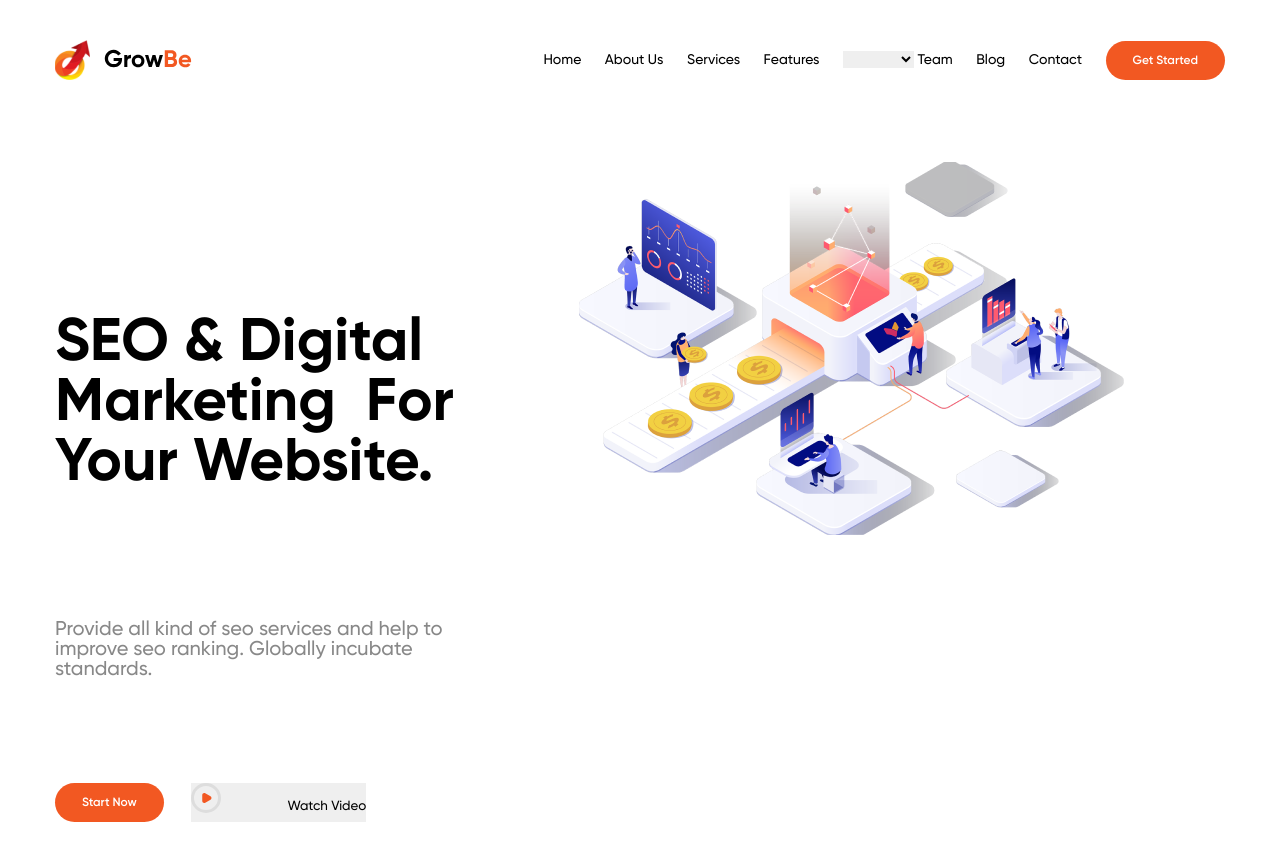
Repository: Alekseiy1980/GrowBe
Page: index.html
These files come from the project's save history. The page is drawn as it stood at one moment and after the next save; the edit follows.
The browser window is 1280 px wide. The pictures show the whole page.

Above is the page before, as saved 2024-01-20 14:39:23.

After the next save:
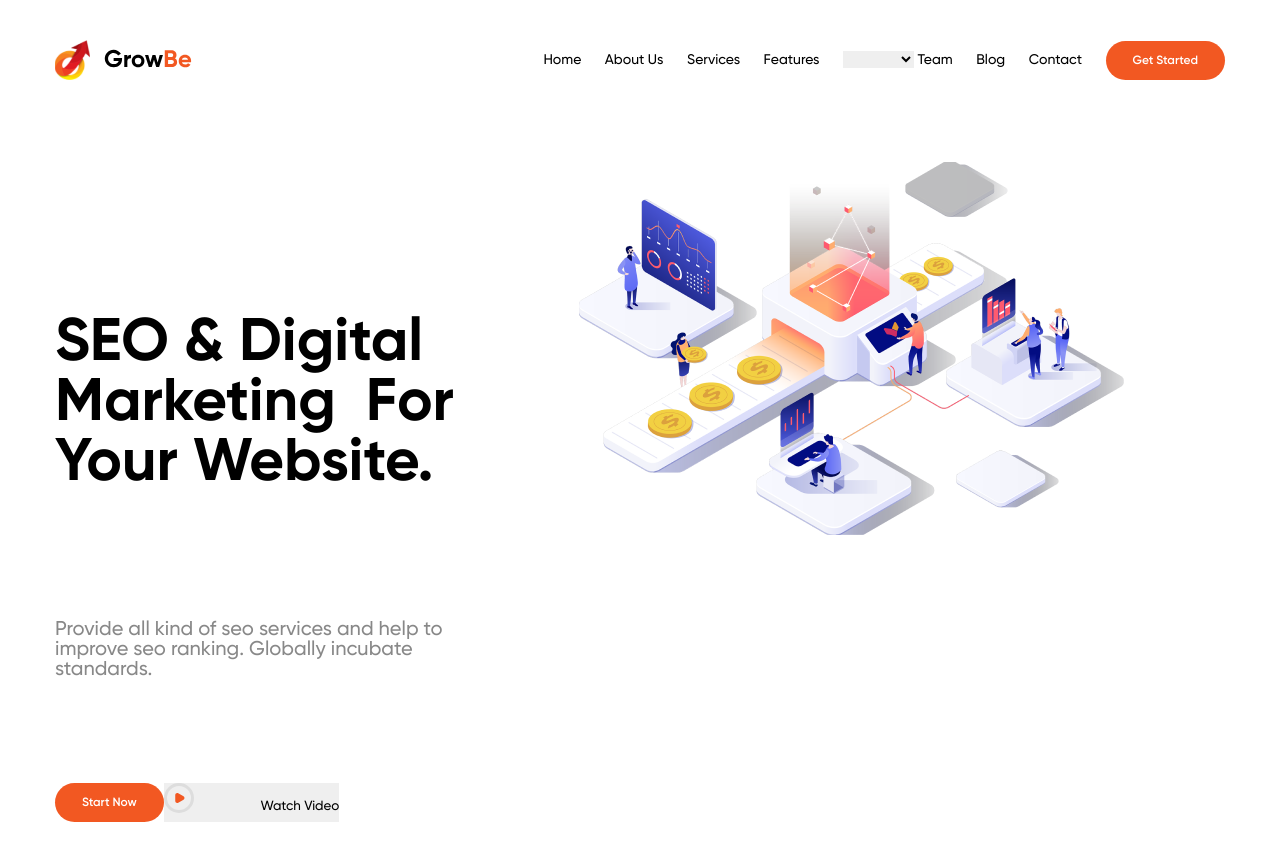
Saved 28 s later.
--- a/css/style.css
+++ b/css/style.css
@@ -108,5 +108,4 @@
 }
 .btn_video{
     display: flex;
-    margin-left: 27px;
 }

After the save that followed:
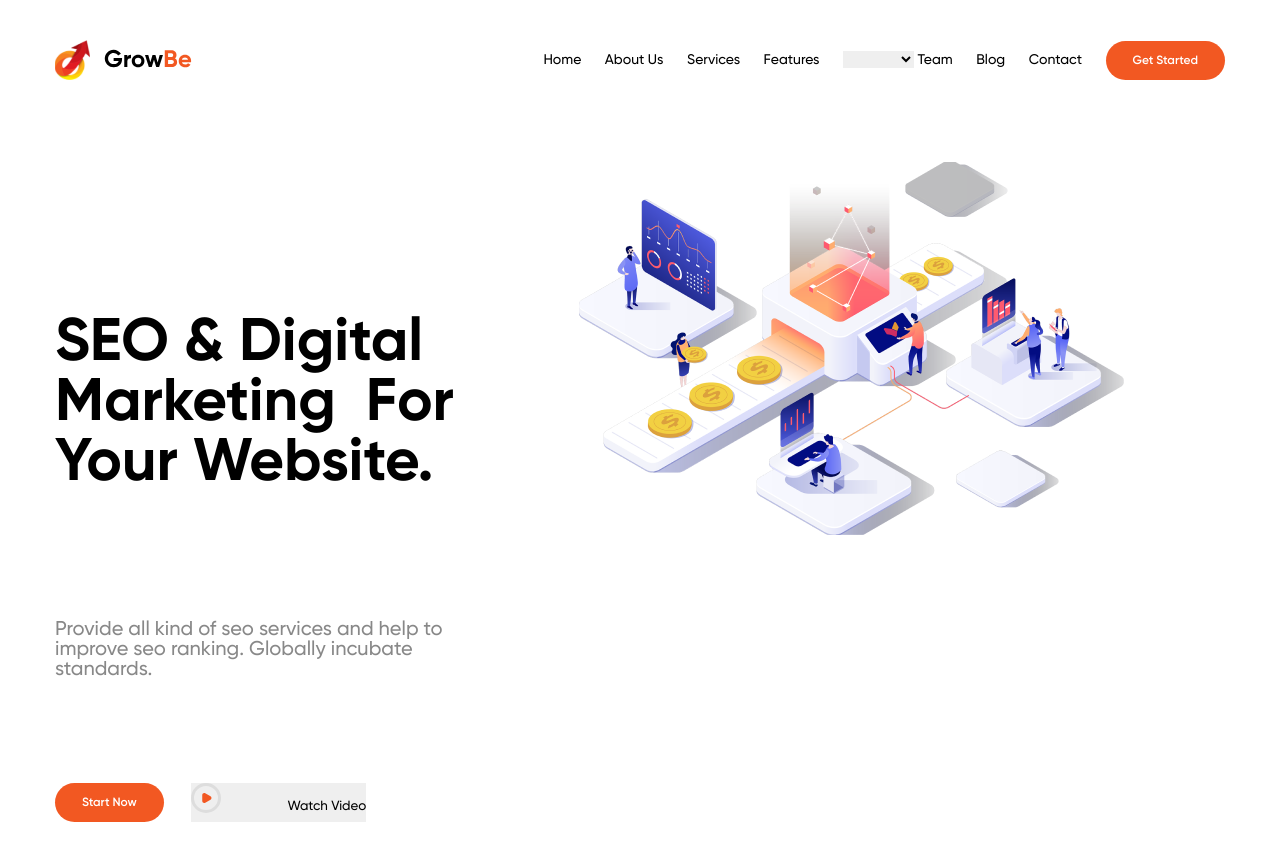
Saved 29 s later.
--- a/css/style.css
+++ b/css/style.css
@@ -108,4 +108,5 @@
 }
 .btn_video{
     display: flex;
+    margin-left: 27px;
 }
